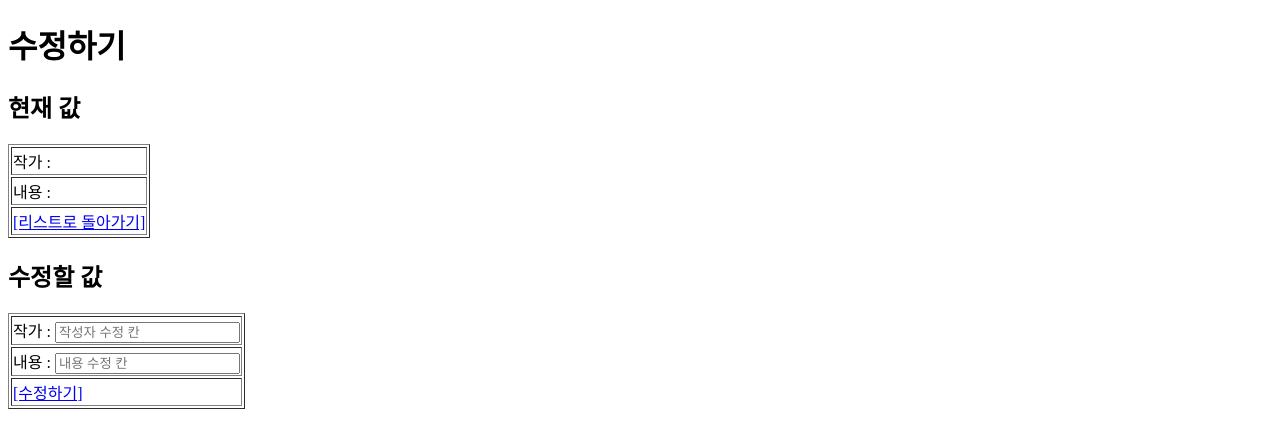
Repository: back-seung/academy
Page: http://localhost/SpringDay02_01_1/WEB-INF/views/BBS/listUpdate.jsp
The author's editor kept a copy of each file at every save. The page is drawn from the files as they stood at one save, then again after the next save.
The browser window is 1280 px wide. The pictures show the whole page.
The page is served by Tomcat 9. Nobody is signed in. The template is opened directly, without the code that normally fills it, so the values that code supplies are empty.

Above is the page before, as saved 2021-11-24 02:49:36.

After the next save:
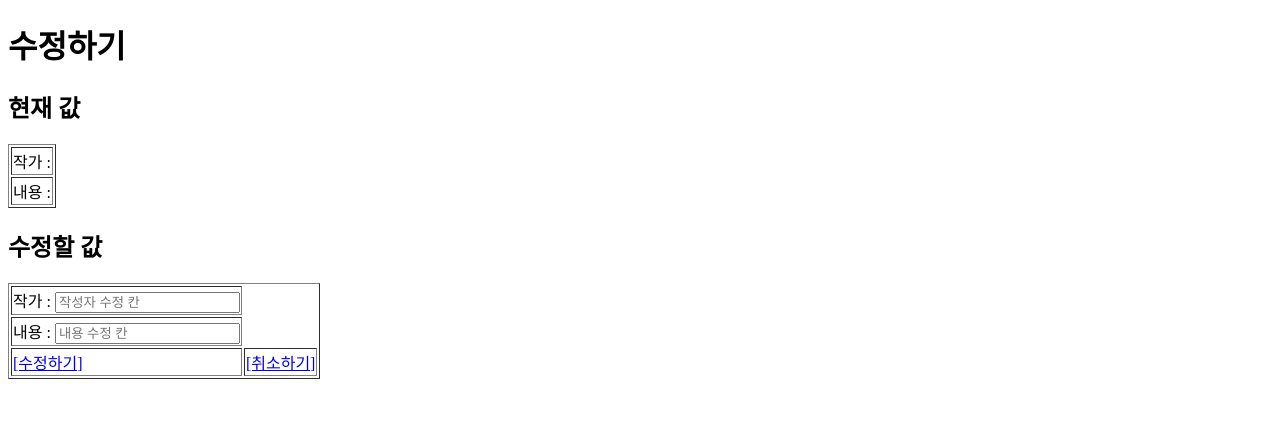
Saved 30 s later.
--- a/SpringDay02_01_1/src/main/webapp/WEB-INF/views/BBS/listUpdate.jsp
+++ b/SpringDay02_01_1/src/main/webapp/WEB-INF/views/BBS/listUpdate.jsp
@@ -16,9 +16,6 @@
 		<tr>
 			<td>내용 : ${oneData.info}</td>
 		</tr>
-		<tr>
-			<td colspan="2"><a href="inputList">[리스트로 돌아가기]</a></td>
-		</tr>
 	</table>
 	<h2>수정할 값</h2>
 	<table border="1">
@@ -31,6 +28,7 @@
 		</tr>
 		<tr>
 			<td colspan="2"><a href="inputList">[수정하기]</a></td>
+			<td colspan="2"><a href="inputList">[취소하기]</a></td>
 		</tr>
 	</table>
 </body>
